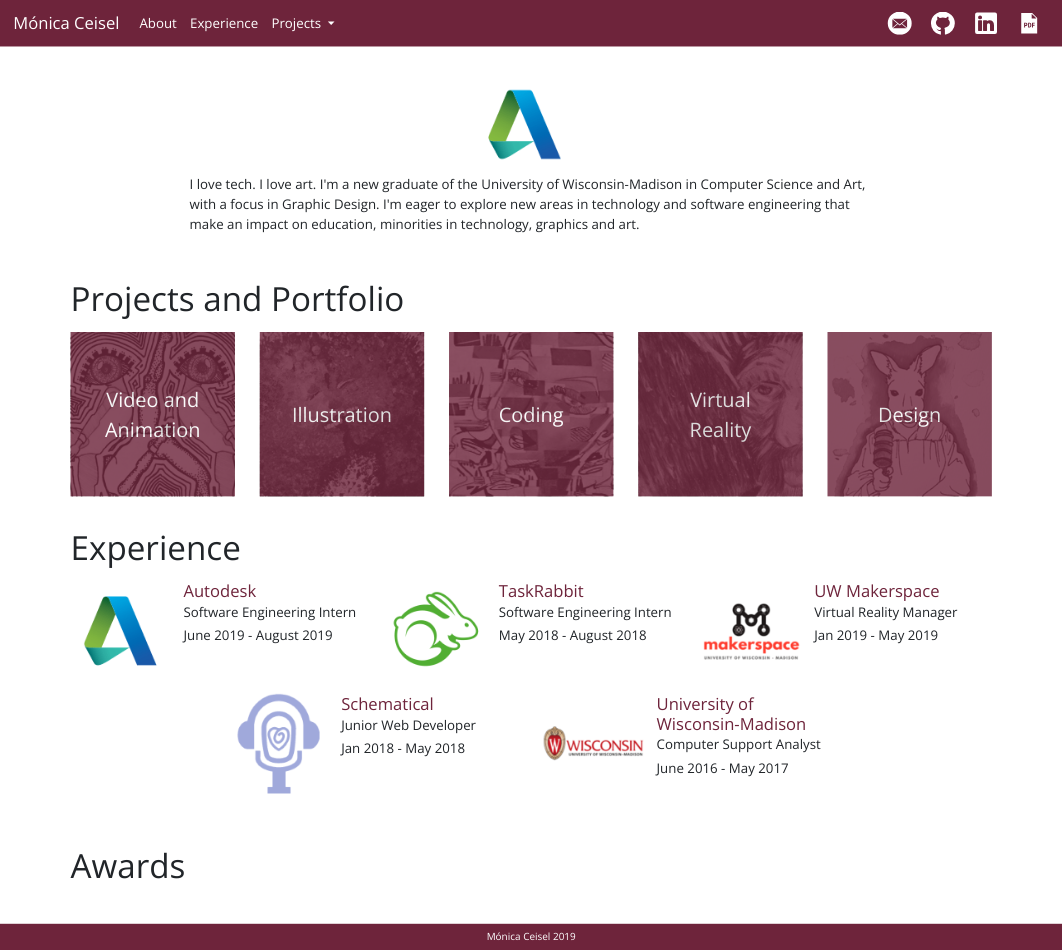
Repository: ceiselm/ceiselm.github.io
Page: index.html
The author's editor kept a copy of each file at every save. The page is drawn from the files as they stood at one save, then again after the next save.
The browser window is 1280 px wide. The pictures show the whole page, at 83% of full size.

Above is the page before, as saved 2019-08-07 23:30:30.

After the next save:
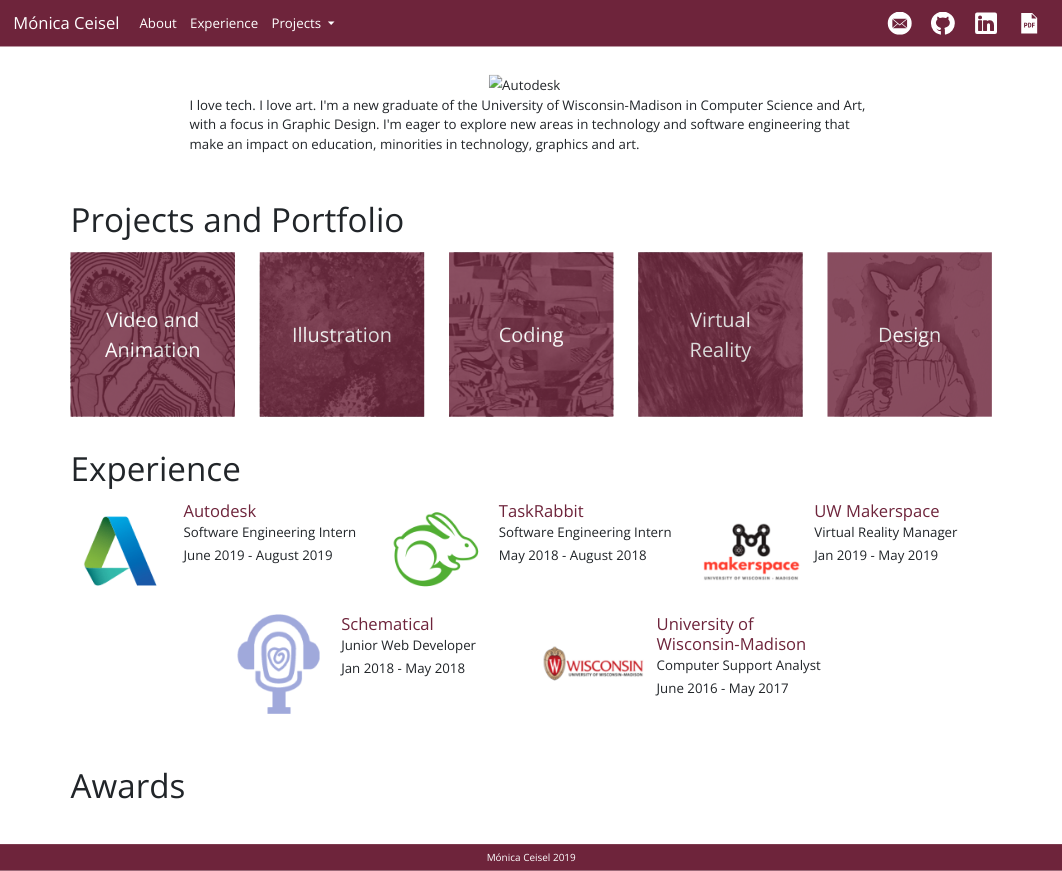
Not found: images/companies/Monica_Ceisel_LinkedIn.png
Saved 48 s later.
--- a/index.html
+++ b/index.html
@@ -85,7 +85,7 @@
                 <!-- <h1 id="startAbout">About</h1> -->
                 <div class="container">
                   <div class="row justify-content-center">
-                      <img class="mr-3" src="images/companies/120px-Autodesk_logo.svg.png" alt="Autodesk">
+                      <img class="mr-3" src="images/companies/Monica_Ceisel_LinkedIn.png" alt="Autodesk">
                     </div>
                       <div class="row justify-content-center">
                     <!-- <div class="col col-md-8"> -->

After the save that followed:
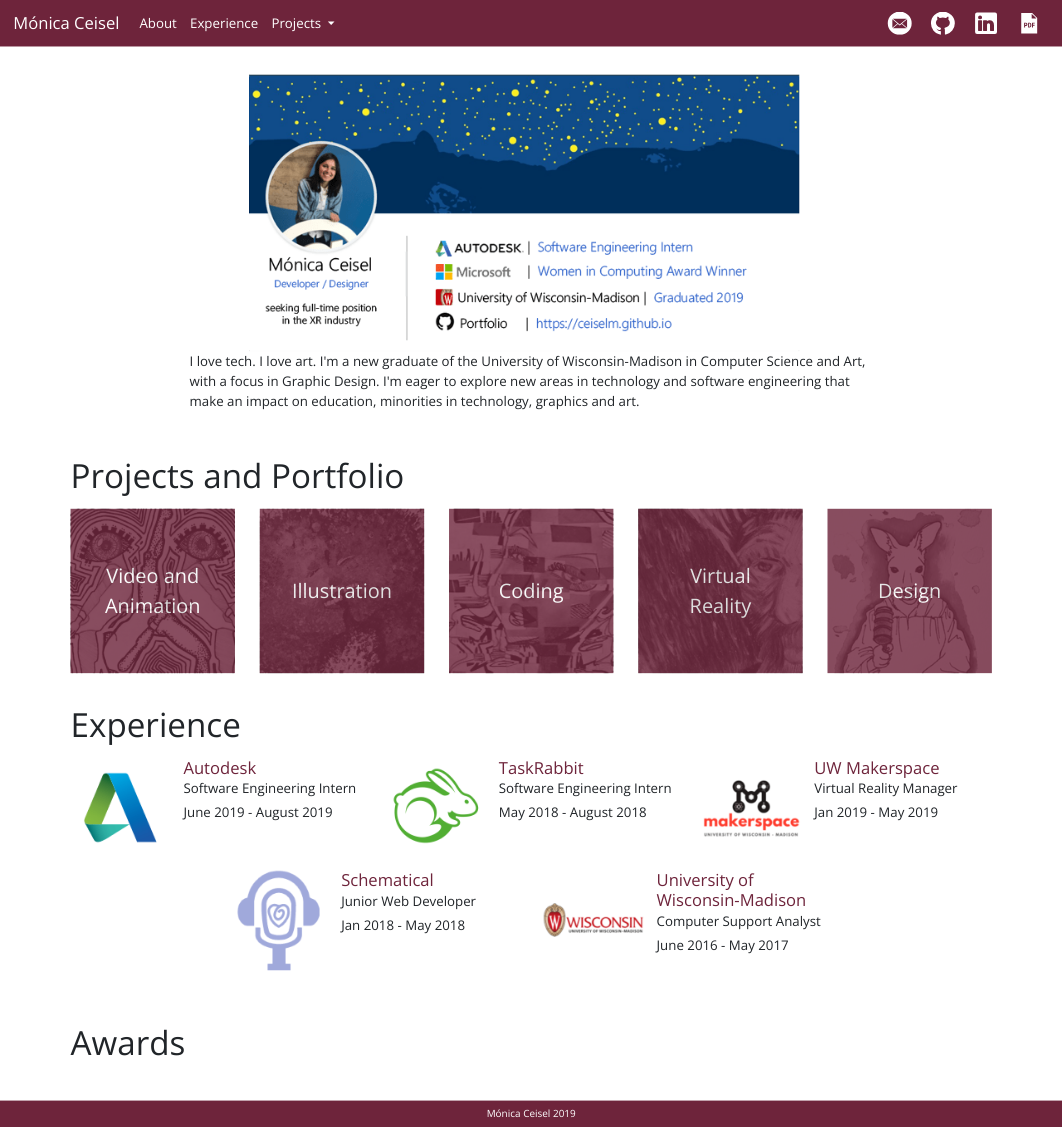
Saved 16 s later.
--- a/index.html
+++ b/index.html
@@ -85,7 +85,7 @@
                 <!-- <h1 id="startAbout">About</h1> -->
                 <div class="container">
                   <div class="row justify-content-center">
-                      <img class="mr-3" src="images/companies/Monica_Ceisel_LinkedIn.png" alt="Autodesk">
+                      <img class="mr-3" src="images/Monica_Ceisel_LinkedIn.png" alt="Autodesk">
                     </div>
                       <div class="row justify-content-center">
                     <!-- <div class="col col-md-8"> -->
